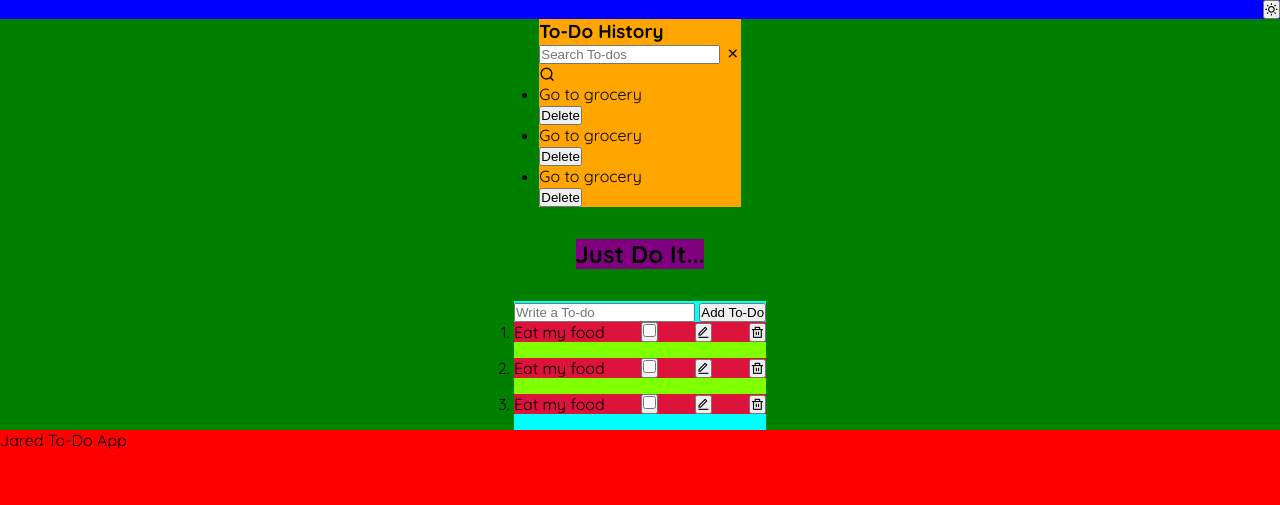
Repository: EguJaredoBoyd/Jared-ToDo-App
Page: main.html
The author's editor kept a copy of each file at every save. The page is drawn from the files as they stood at one save, then again after the next save.
The browser window is 1280 px wide. The pictures show the whole page.
Some web libraries are served in a nearby version.

Above is the page before, as saved 2025-12-23 17:04:48.
Not found: js/to-do.j

After the next save:
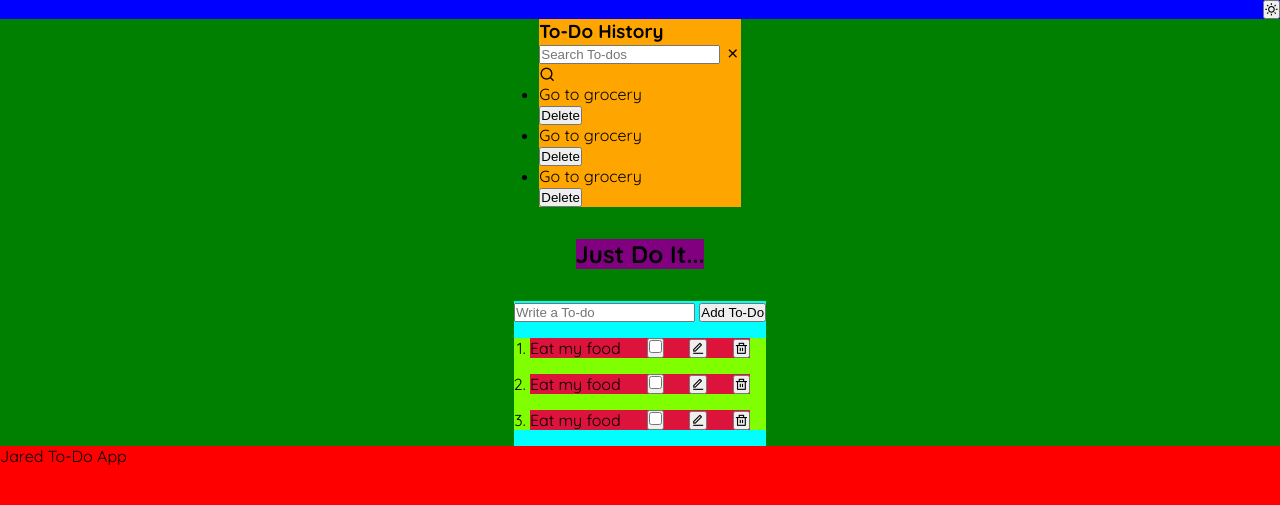
Saved 41 s later.
--- a/css/main.css
+++ b/css/main.css
@@ -65,6 +65,6 @@ main {
   display: flex;
   justify-content: space-between;
   align-items: center;
-  margin-bottom: 1rem;
+  margin: 1rem;
   background-color: crimson;
 }
